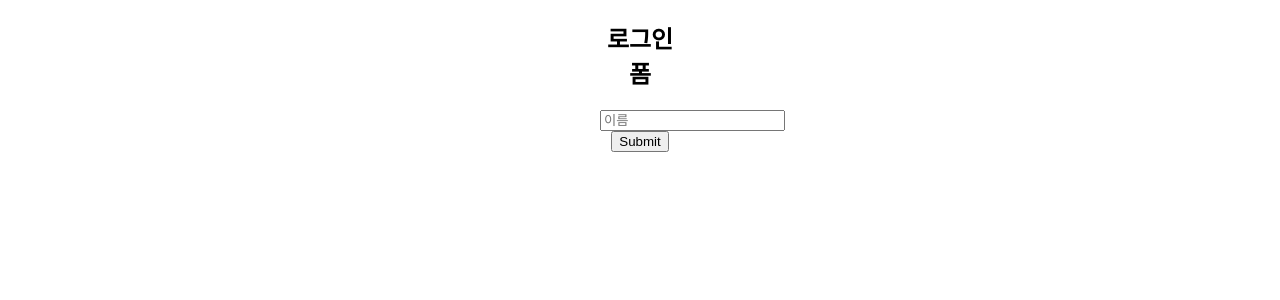
Repository: Leesuhwan1445/jspworks
Page: http://localhost/jweb01/cart/loginForm.jsp
An editor plug-in stored every save of this project. The page is shown before and after the next save, followed by the edit.
The browser window is 1280 px wide. The pictures show the whole page.
The page is served by Tomcat 10. Other server files are loaded and not shown.

Above is the page before, as saved 2025-10-13 03:08:14.

### jweb01/src/main/webapp/cart/loginForm.jsp
<%@ page language="java" contentType="text/html; charset=UTF-8"
    pageEncoding="UTF-8"%>
<!DOCTYPE html>
<html>
<head>
<meta charset="UTF-8">
<title>로그인 폼</title>
<style>
#container{width: 80px; margin: 0 auto; text-align: center;}
h2{border-botton: }
</style>
</head>
<body>

	<section id = container>
	<h2>로그인 폼</h2>
	<form action="selProduct.jsp" method="post">

	<p>
		<input type="text" name="username" placeholder = "이름">
		<input type="submit" name="로그인">
	</p>

	</form>
	</section>
</body>
</html>

After the next save:
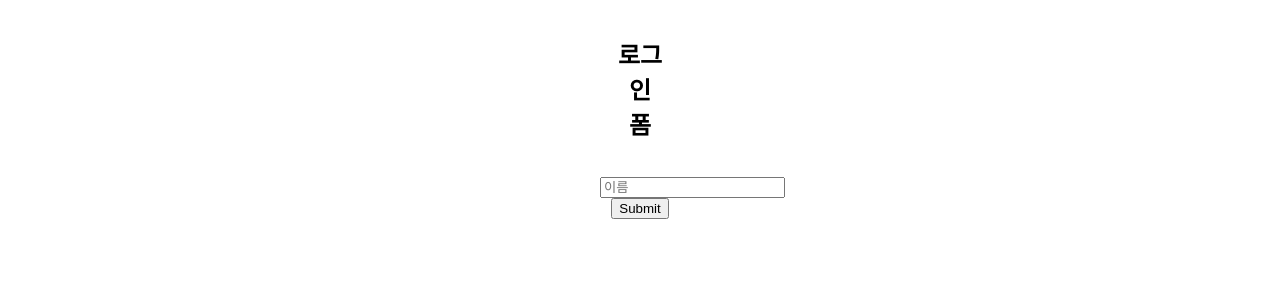
Saved 26 s later.
--- a/jweb01/src/main/webapp/cart/loginForm.jsp
+++ b/jweb01/src/main/webapp/cart/loginForm.jsp
@@ -7,7 +7,7 @@
 <title>로그인 폼</title>
 <style>
 #container{width: 80px; margin: 0 auto; text-align: center;}
-h2{border-botton: }
+h2{border-botton: 2px solid #444; padding: 16px;}
 </style>
 </head>
 <body>

After the save that followed:
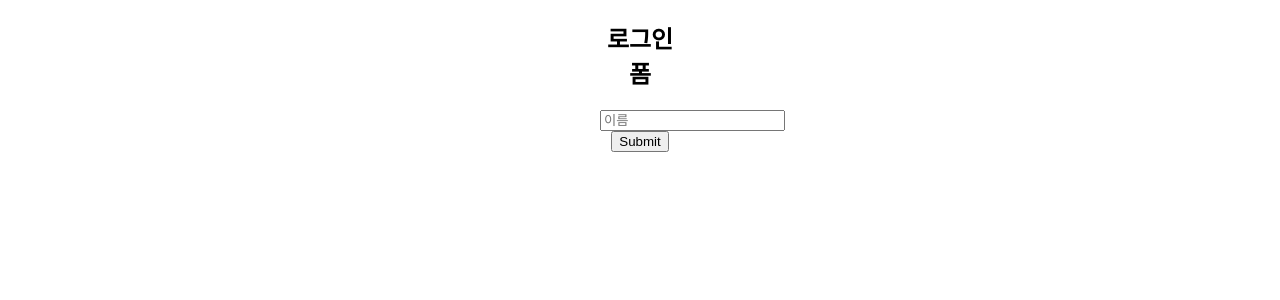
Saved 73 s later.
--- a/jweb01/src/main/webapp/cart/loginForm.jsp
+++ b/jweb01/src/main/webapp/cart/loginForm.jsp
@@ -7,7 +7,7 @@
 <title>로그인 폼</title>
 <style>
 #container{width: 80px; margin: 0 auto; text-align: center;}
-h2{border-botton: 2px solid #444; padding: 16px;}
+/* h2{border-botton: 2px solid #444; padding: 16px;} */
 </style>
 </head>
 <body>
